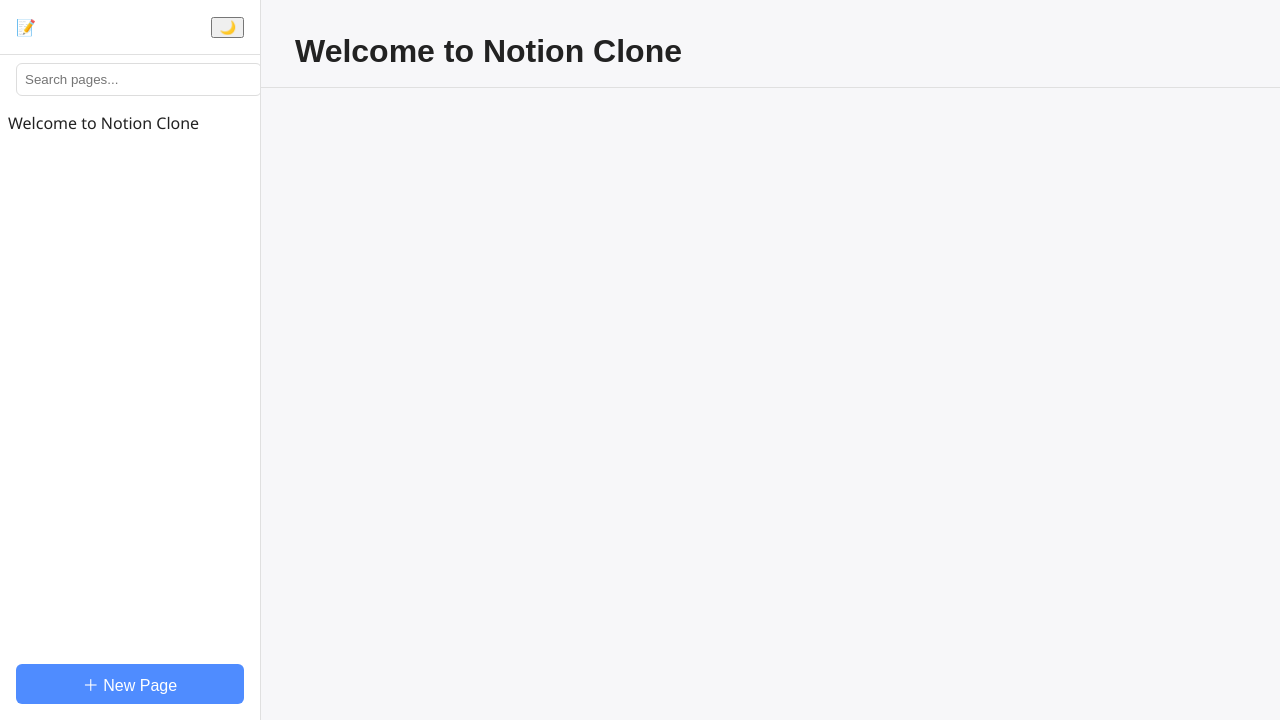
Repository: kirankumarwq/On-Time
Page: index.html
These files come from the project's save history. The page is drawn as it stood at one moment and after the next save; the edit follows.
The browser window is 1280 px wide. The pictures show the whole page.

Above is the page before, as saved 2025-06-09 16:35:50.

After the next save:
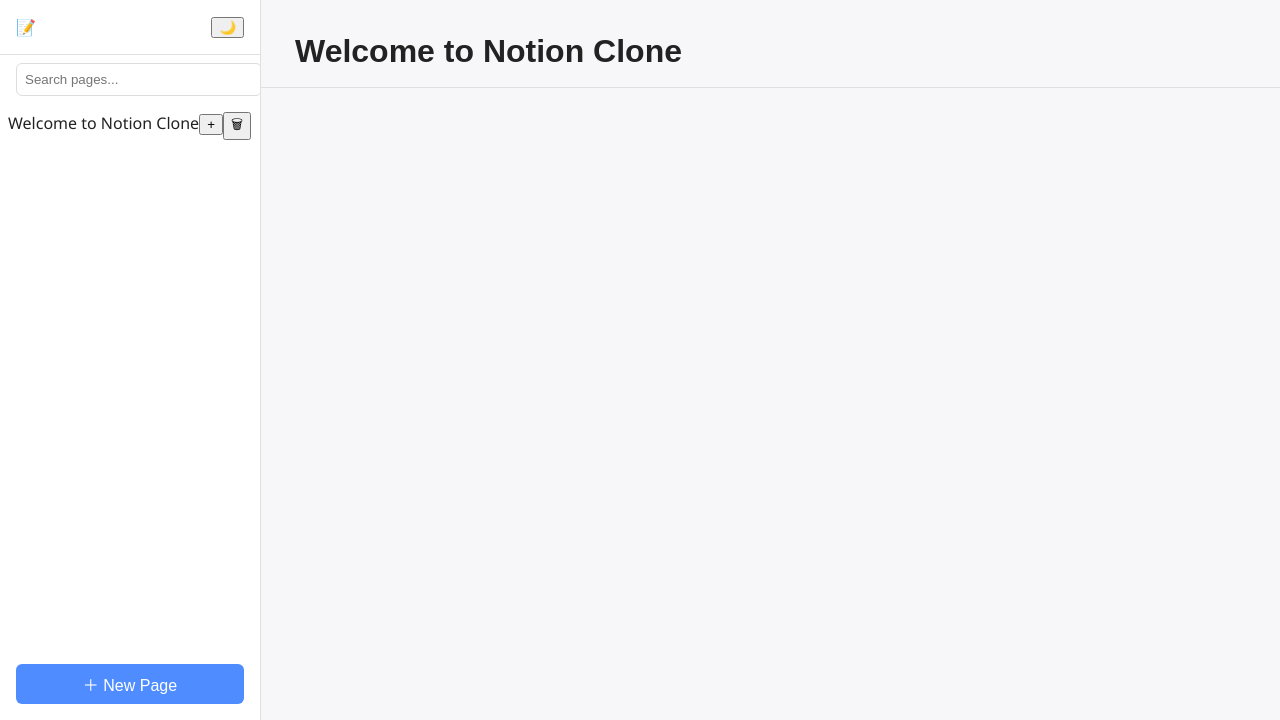
Saved 4 min 17 s later.
--- a/js/sidebar.js
+++ b/js/sidebar.js
@@ -35,6 +35,26 @@
       item.dataset.id = page.id;
       if (page.id === selectedPageId) item.classList.add('active');
       item.onclick = () => selectPage(page.id);
+      // Add add-subpage button
+      const addSubBtn = document.createElement('button');
+      addSubBtn.textContent = '+';
+      addSubBtn.title = 'Add subpage';
+      addSubBtn.className = 'add-subpage-btn';
+      addSubBtn.onclick = (e) => {
+        e.stopPropagation();
+        addPage(page.id);
+      };
+      item.appendChild(addSubBtn);
+      // Add delete button
+      const delBtn = document.createElement('button');
+      delBtn.textContent = '🗑';
+      delBtn.title = 'Delete page';
+      delBtn.className = 'delete-page-btn';
+      delBtn.onclick = (e) => {
+        e.stopPropagation();
+        deletePage(page.id);
+      };
+      item.appendChild(delBtn);
       list.appendChild(item);
       renderPages(pagesArr, page.id, level + 1);
     });
@@ -49,10 +69,36 @@
   savePages(pages);
 }
 
-function addPage() {
-  const page = createPage();
+function addPage(parentId = null) {
+  const page = createPage('Untitled', parentId);
   pages.push(page);
   selectPage(page.id);
+}
+
+function deletePage(id) {
+  // Remove page and all its children recursively
+  function removeRecursive(pageId) {
+    const idx = pages.findIndex(p => p.id === pageId);
+    if (idx !== -1) {
+      // Remove children first
+      pages.filter(p => p.parentId === pageId).forEach(child => removeRecursive(child.id));
+      pages.splice(idx, 1);
+    }
+  }
+  removeRecursive(id);
+  // Select another page if needed
+  if (selectedPageId === id) {
+    if (pages.length > 0) {
+      selectedPageId = pages[0].id;
+    } else {
+      const newPage = createPage('Untitled');
+      pages.push(newPage);
+      selectedPageId = newPage.id;
+    }
+  }
+  renderSidebar();
+  renderPage();
+  savePages(pages);
 }
 
 function renderPage() {
@@ -85,7 +131,7 @@
 
 export function initSidebar() {
   const addBtn = document.getElementById('add-page');
-  addBtn.onclick = addPage;
+  addBtn.onclick = () => addPage();
   // Load from storage or create first page
   pages = loadPages() || [createPage('Welcome to Notion Clone')];
   selectedPageId = pages[0].id;
